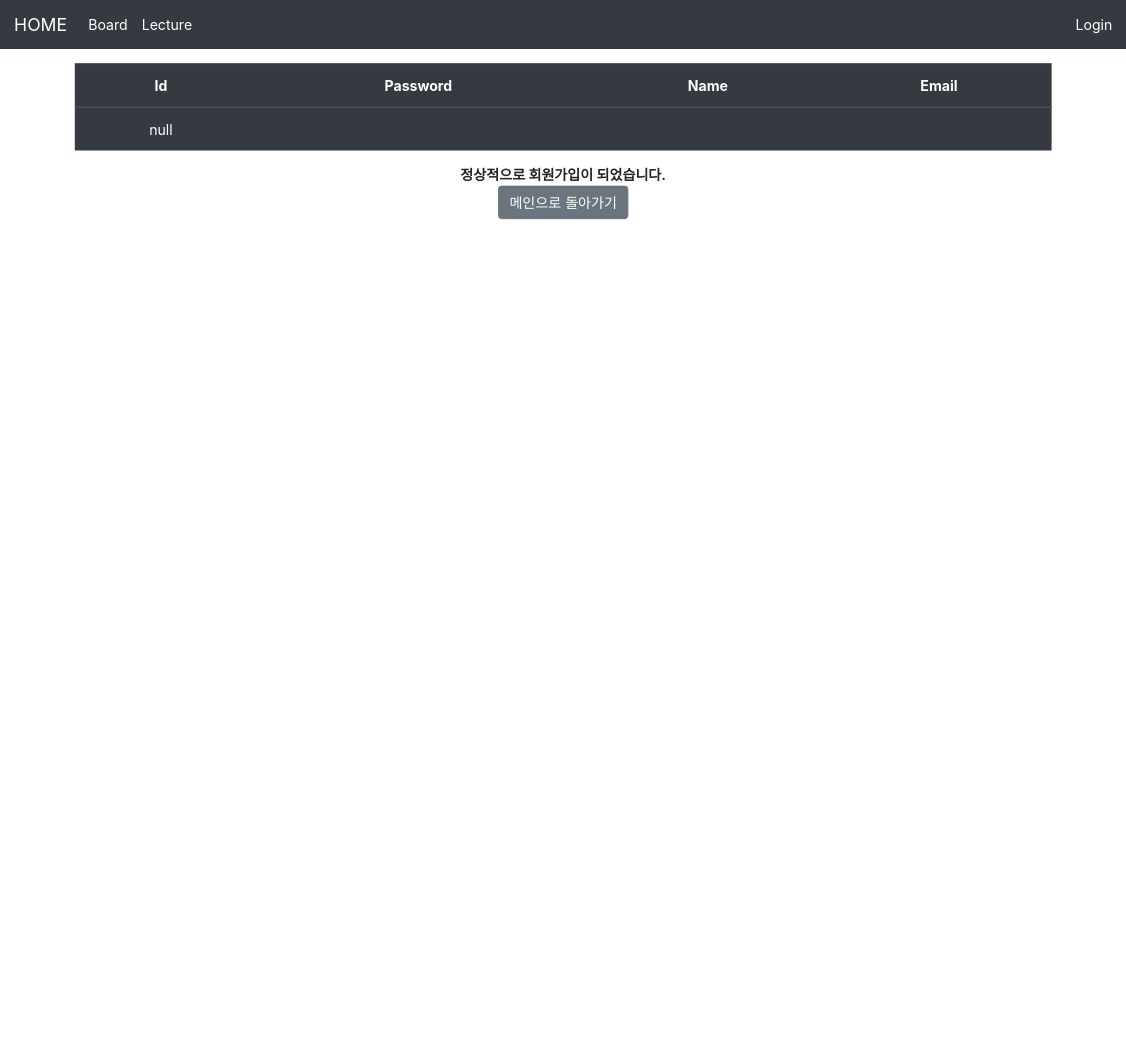
Repository: jeongeun-cloud/spring-study
Page: http://localhost/Session/registerAction.jsp
An editor plug-in stored every save of this project. The page is shown before and after the next save, followed by the edit.
The browser window is 1280 px wide. The pictures show the whole page, at 88% of full size.
The page is served by Tomcat 9. Other server files are loaded and not shown. Queries for data that is not in the repository find no rows.

Above is the page before, as saved 2020-06-04 11:43:26.

### jsp_work/Session/WebContent/registerAction.jsp
<%@page import="jdbc.User"%>
<%@page import="jdbc.UserDao"%>
<%@ page language="java" contentType="text/html; charset=UTF-8"
    pageEncoding="UTF-8"%>


<!DOCTYPE html PUBLIC "-//W3C//DTD HTML 4.01 Transitional//EN" "http://www.w3.org/TR/html4/loose.dtd">
<html>
<head>
<meta http-equiv="Content-Type" content="text/html; charset=UTF-8">
<title>Insert title here</title>
</head>
<body>
	<jsp:useBean id="user" class="jdbc.User" scope="request" />
	<jsp:setProperty name="user" property="*"/>

	<%
		UserDao dao = UserDao.getInstance();
		dao.insertUser(user);
	%>

	<jsp:forward page="userInfo.jsp" />


</body>
</html>

### jsp_work/Session/WebContent/userInfo.jsp
<%@ page language="java" contentType="text/html; charset=UTF-8"
    pageEncoding="UTF-8"%>
<!DOCTYPE html PUBLIC "-//W3C//DTD HTML 4.01 Transitional//EN" "http://www.w3.org/TR/html4/loose.dtd">
<html>
<head>
<meta http-equiv="Content-Type" content="text/html; charset=UTF-8">
<title>Insert title here</title>
<link href="//maxcdn.bootstrapcdn.com/bootstrap/4.0.0/css/bootstrap.min.css" rel="stylesheet" id="bootstrap-css">
<style>
	.container{
		width:80%;
		text-align: center;
	}

	button {
		margin-top:20px;
	}
</style>
</head>
<body>
	<!-- 헤더 임포트 -->
	<jsp:include page="include/header.jsp" flush="false"/>
	<!-- 자바 빈 임포트 -->
	<jsp:useBean id="user" class="jdbc.User" />
	<jsp:setProperty name="user" property="*"/>

	<div class="container">
		<table class="table table-hover table-dark">
		  <thead>
		    <tr>
		      <th scope="col">Id</th>
		      <th scope="col">Password</th>
		      <th scope="col">Name</th>
		      <th scope="col">Email</th>
		    </tr>
		  </thead>
		  <tbody>
		    <tr>
		      <!-- <th scope="row">1</th> -->
		      <td><%=user.getId() %></td>
		      <td>${param.pwd}</td>
		      <td>${param.name}</td>
		      <td>${param.email}</td>
		    </tr>
		  </tbody>
		</table>

		<b> 정상적으로 회원가입이 되었습니다.</b> <br>
		<button class="btn btn-secondary" onclick="location.href='/Session/index.jsp'"> 메인으로 돌아가기 </button>
	</div>

</body>
</html>

### jsp_work/Session/WebContent/include/header.jsp
<%@ page language="java" contentType="text/html; charset=UTF-8"
    pageEncoding="UTF-8"%>

<%
	// 세션으로 확인 할 때
	String id = (String)session.getAttribute("id");

	// 세션(id)가 비어 있으면
	String logChk = id==null? "Login" : "Logout" ;
	String src = id==null? "/Session/loginForm.jsp" : "/Session/logout.jsp";
 	String show = id==null? "" : "none";

%>

<!doctype html>
<html lang="en">
  <head>

    <!-- Bootstrap and CSS -->
	<link rel="stylesheet" href="https://stackpath.bootstrapcdn.com/bootstrap/4.5.0/css/bootstrap.min.css">

    <style>
    /* Show it is fixed to the top */
	body {
	  min-height: 75rem;
	  padding-top: 4.5rem;
	}

	.navbar-brand {
		background-color: unset;
		box-shadow: none;
	}

      .bd-placeholder-img {
        font-size: 1.125rem;
        text-anchor: middle;
        -webkit-user-select: none;
        -moz-user-select: none;
        -ms-user-select: none;
        user-select: none;
      }

      @media (min-width: 768px) {
        .bd-placeholder-img-lg {
          font-size: 3.5rem;
        }
      }

      a, a:hover{
      	color:#fff;
      	text-decoration: none;
      }

      #sign-up{
      	margin-left:10px;
      }

    </style>

  </head>
  <body>
    <nav class="navbar navbar-expand-md navbar-dark fixed-top bg-dark">
	  <a class="navbar-brand" href="/Session/index.jsp">HOME</a>
	  <button class="navbar-toggler" type="button" data-toggle="collapse" data-target="#navbarCollapse" aria-controls="navbarCollapse" aria-expanded="false" aria-label="Toggle navigation">
	    <span class="navbar-toggler-icon"></span>
	  </button>
	  <div class="collapse navbar-collapse" id="navbarCollapse">
	    <ul class="navbar-nav mr-auto">
	      <li class="nav-item">
	        <a class="nav-link active" href="/Session/board.jsp">Board</a>
	      </li>
	      <li class="nav-item active">
	        <a class="nav-link" href="/Session/lecture.jsp">Lecture</a>
	      </li>
	    </ul>
	    <a class="nav-login" href="<%=src %>"><%=logChk %></a>
	    <%-- <a class="nav-login" id="sign-up" style="display:<%=show %>;" href="/Session/signupForm.jsp">Sign Up</a> --%>
	  </div>
	</nav>
   </body>

</html>

### jsp_work/Session/src/jdbc/User.java
package jdbc;

import java.sql.Timestamp;

public class User implements java.io.Serializable {
	String id, pwd, name, email;
	Timestamp inDate, upDate;

	public User() {
		// TODO Auto-generated constructor stub
	}

	public String getId() {
		return id;
	}

	public void setId(String id) {
		this.id = id;
	}

	public String getPwd() {
		return pwd;
	}

	public void setPwd(String pwd) {
		this.pwd = pwd;
	}

	public String getName() {
		return name;
	}

	public void setName(String name) {
		this.name = name;
	}

	public String getEmail() {
		return email;
	}

	public void setEmail(String email) {
		this.email = email;
	}

	public Timestamp getInDate() {
		return inDate;
	}

	public void setInDate(Timestamp inDate) {
		this.inDate = inDate;
	}

	public Timestamp getUpDate() {
		return upDate;
	}

	public void setUpDate(Timestamp upDate) {
		this.upDate = upDate;
	}

	public User(String id) {
		this.id = id;
	}


	public User(String id, String pwd, String name, String email) {
		this.id = id;
		this.pwd = pwd;
		this.name = name;
		this.email = email;
	}

	public User(String id, String pwd, String name, String email, Timestamp inDate, Timestamp upDate) {
		this.id = id;
		this.pwd = pwd;
		this.name = name;
		this.email = email;
		this.inDate = inDate;
		this.upDate = upDate;
	}

	@Override
	public String toString() {
		return "User [id=" + id + ", pwd=" + pwd + ", name=" + name + ", email=" + email + ", inDate=" + inDate
				+ ", upDate=" + upDate + "]";
	}

}

### jsp_work/Session/src/jdbc/UserDao.java
package jdbc;

import java.sql.Connection;
import java.sql.DriverManager;
import java.sql.PreparedStatement;
import java.sql.ResultSet;
import java.sql.SQLException;
import java.sql.Timestamp;
import java.util.ArrayList;
import java.util.List;


class Dao {
	Connection conn;
	String tableName = "";

	Dao() {
		this(null, "");
	}

	Dao(String tableName) {
		this(null, tableName);
	}

	Dao(Connection conn, String tableName) {
		this.tableName = tableName;
		this.conn = conn;

		if(conn==null) {
			this.conn = JdbcUtil.getConnection();
		}
	}

	void rollback(){
		if(conn!=null) {
			try {
				conn.rollback();
			} catch(SQLException e){
				e.printStackTrace();
			}
		}
	}

	void close(AutoCloseable... acs) {
		try {
			for(AutoCloseable ac : acs) {
				if(ac!=null) ac.close();
			}
		} catch(Exception e) {}
	}

} // Dao 끝

public class UserDao extends Dao {

	Connection conn = JdbcUtil.getConnection();
	PreparedStatement pstmt = null;
	ResultSet rs = null;

	UserDao() {
		super(null, "USER_INFO");
	}

	UserDao(Connection conn) {
		super(conn, "USER_INFO");
	}

	private static UserDao instance; // 참조변수는 지정해주지 않을 경우 null로 초기화 됨
	public static UserDao getInstance() {
		if(instance == null) {
			instance = new UserDao();
		}
		return instance;
	}

	public int insertUser(User u) {
		//  insertUser()메서드를 작성하시오.(PreparedStatement)
		int result = 0;
		String sql = "insert into "+ tableName +" values(?,?,?,?,?,?)";

		try {
			pstmt = conn.prepareStatement(sql);
			pstmt.setString(1, u.getId());
			pstmt.setString(2, u.getPwd());
			pstmt.setString(3, u.getName());
			pstmt.setString(4, u.getEmail());
			pstmt.setTimestamp(5, new Timestamp(System.currentTimeMillis()));
			pstmt.setTimestamp(6, new Timestamp(System.currentTimeMillis()));

			result = pstmt.executeUpdate();

		} catch (Exception e) {
			e.printStackTrace();
		}finally {
			close(pstmt);
		}
		return result;
	}

	public int updateUser(User u) {
		//updateUser()메서드를 작성하시오.(PreparedStatement)
		int result = 0;
		String sql = "update user_info set password=?, name=?, email=?, up_date=? where user_id=?";

		try {
			pstmt = conn.prepareStatement(sql);
			pstmt.setString(1, u.getPwd());
			pstmt.setString(2, u.getName());
			pstmt.setString(3, u.getEmail());
			pstmt.setTimestamp(4, new Timestamp(System.currentTimeMillis()));
			pstmt.setString(5, u.getId());

			result = pstmt.executeUpdate();

		} catch (Exception e) {
			e.printStackTrace();
		}finally {
			close(pstmt);
		}

		return result;
	}

	public User selectUser(String userId) {
		User user = null;

		String sql = "select * from "+ tableName +" where USER_ID=?";
		try {

			pstmt = conn.prepareStatement(sql);
			pstmt.setString(1, userId);

			rs = pstmt.executeQuery();

			while(rs.next()) {
				String id = rs.getString("USER_ID");
				String pwd = rs.getString("PASSWORD");
				String name = rs.getString("NAME");
				String email = rs.getString("EMAIL");
				Timestamp inDate = rs.getTimestamp("IN_DATE");
				Timestamp upDate = rs.getTimestamp("UP_DATE");

				user = new User(id, pwd, name, email, inDate, upDate);
			}

		} catch (Exception e) {
			e.printStackTrace();
		}finally {
			close(rs, pstmt);
		}

		return user;
	}

	public int deleteUser(String userId) {
		// deleteUser메서드를 작성하시오.
		int result = 0;
		String sql = "delete from " + tableName + " where USER_ID=?";

		try {
			pstmt = conn.prepareStatement(sql);
			pstmt.setString(1, userId);

			result = pstmt.executeUpdate();

		} catch (Exception e) {
			e.printStackTrace();
		}finally {
			close(pstmt);
		}

		return result;
	}

	public int deleteAll() {
		int result = 0;
		String sql = "delete from " + tableName;

		try {
			pstmt = conn.prepareStatement(sql);
			result = pstmt.executeUpdate();

		} catch (Exception e) {
			e.printStackTrace();
		}finally {
			close(pstmt);
		}

		return result;
	}

	public List<User> selectAllUsers() {
		List<User> list = new ArrayList<User>();

		String sql = "SELECT * FROM " + tableName;
		try {
			pstmt = conn.prepareStatement(sql);
			rs = pstmt.executeQuery();

			while (rs.next()) {
				User user = new User();
				user.setId(rs.getString("USER_ID"));
				user.setPwd(rs.getString("PASSWORD"));
				user.setName(rs.getString("NAME"));
				user.setEmail(rs.getString("EMAIL"));
				user.setInDate(rs.getTimestamp("IN_DATE"));
				user.setUpDate(rs.getTimestamp("UP_DATE"));

				list.add(user);
			}

		} catch ( Exception e ) {
			e.printStackTrace();
		} finally {
			close(rs, pstmt);
		}

		return list;
	}
}

### jsp_work/Session/src/jdbc/JdbcUtil.java
package jdbc;

import java.sql.Connection;
import java.sql.DriverManager;

public class JdbcUtil {

	public static Connection getConnection() {
		Connection conn = null;

		String DB_URL = "jdbc:oracle:thin:@127.0.0.1:1521:XE";
		String DB_USER = "student";
		String DB_PASSWORD = "1234";
		try {
			Class.forName("oracle.jdbc.driver.OracleDriver");
			conn = DriverManager.getConnection(DB_URL, DB_USER, DB_PASSWORD);
			System.out.println("연결 성공");

		} catch (Exception e) {
			e.printStackTrace();
		}

		return conn;
	}

}

After the next save:
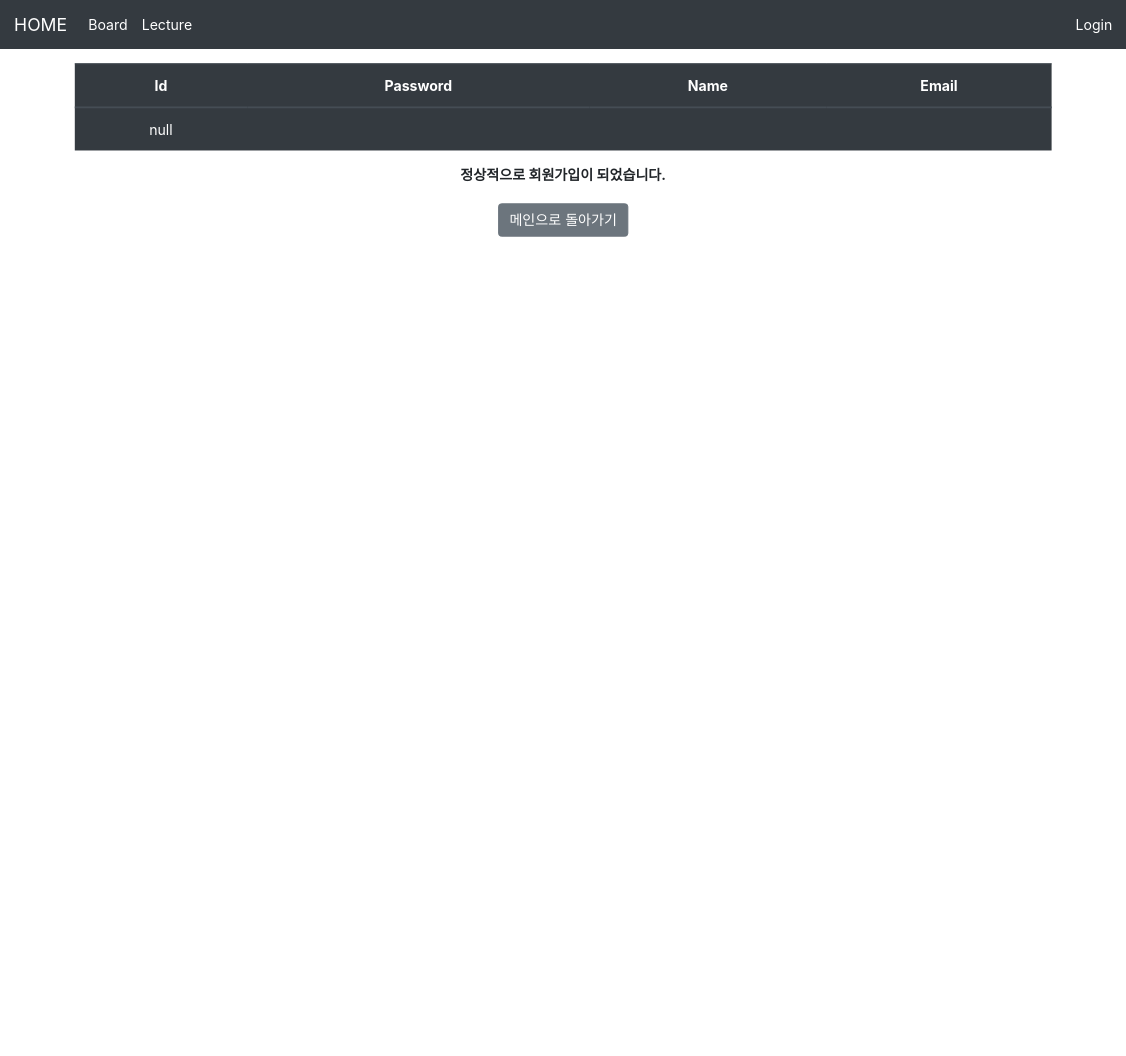
Saved 25 s later.
--- a/jsp_work/Session/WebContent/userInfo.jsp
+++ b/jsp_work/Session/WebContent/userInfo.jsp
@@ -12,7 +12,7 @@
 		text-align: center;
 	}
 
-	button {
+	.mybtn {
 		margin-top:20px;
 	}
 </style>
@@ -46,7 +46,7 @@
 		</table>
 
 		<b> 정상적으로 회원가입이 되었습니다.</b> <br>
-		<button class="btn btn-secondary" onclick="location.href='/Session/index.jsp'"> 메인으로 돌아가기 </button>
+		<button class="mybtn btn btn-secondary" onclick="location.href='/Session/index.jsp'"> 메인으로 돌아가기 </button>
 	</div>
 
 </body>
